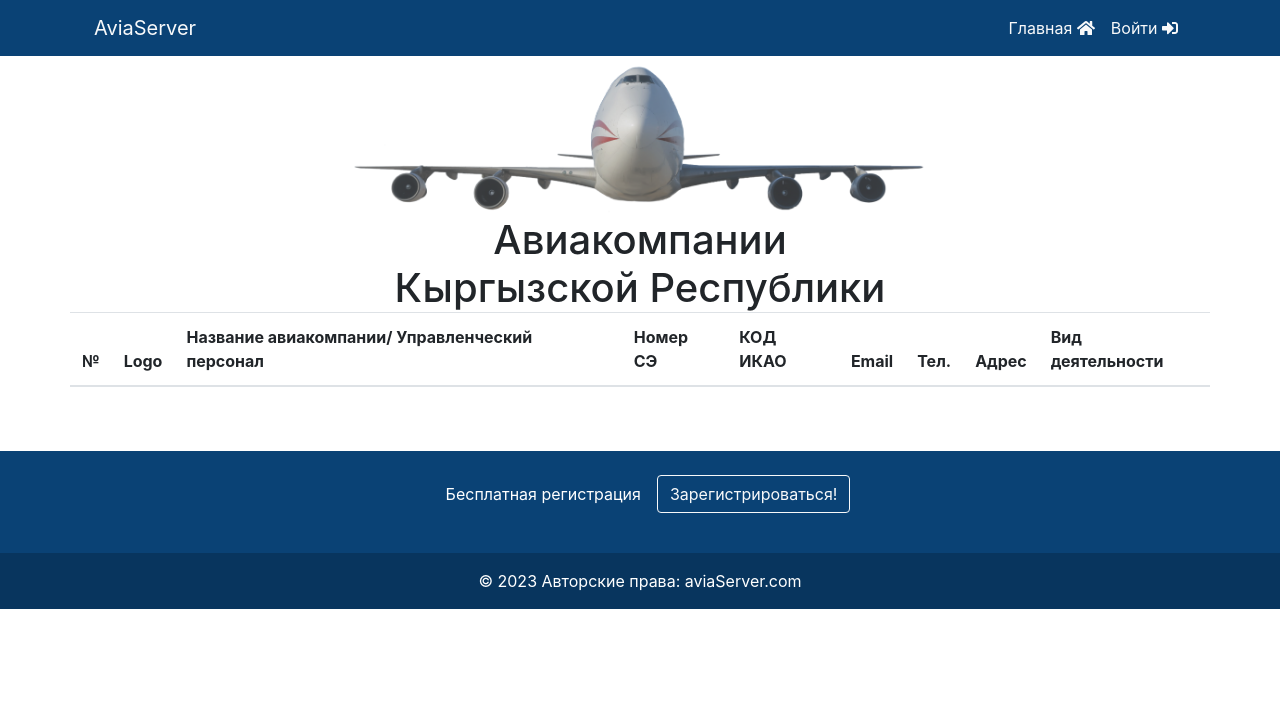
Repository: sulimonn/aviaServer
Page: products/templates/products/index.html
These files come from the project's save history. The page is drawn as it stood at one moment and after the next save; the edit follows.
The browser window is 1280 px wide. The pictures show the whole page.
Some web libraries are served in a nearby version. The template is drawn by Django 4.2. The application's start-up code is not run. Other server files are loaded and not shown. The template is opened directly, without the code that normally fills it, so the values that code supplies are empty.

Above is the page before, as saved 2023-08-14 20:28:20.

### products/templates/products/index.html
{% extends 'products/base.html' %}
{% load static %}
{% block css %}
    <link href="{% static 'css/index.css' %}" rel="stylesheet"/>
{% endblock %}

{% block content  %}
<br><br>

<div class="d-flex">
    <img class="m-auto" width="600px" src="/media/img/carusel.png">
</div>
<div class="d-flex">
    <h1 align="center" class="m-auto">Авиакомпании <br> Кыргызской Республики</h1>
</div>
<table class="table container-xl">
  <thead>
    <tr>
      <th scope="col">№</th>
      <th scope="col">Logo</th>
      <th scope="col">Название авиакомпании/
Управленческий  персонал</th>
      <th scope="col">Номер СЭ</th>
      <th scope="col">КОД ИКАО</th>
      <th scope="col">Email</th>
      <th scope="col">Тел.</th>
      <th scope="col">Адрес</th>
      <th scope="col">Вид деятельности</th>
    </tr>
  </thead>
    {% for company in companies %}


  <tbody>
    <tr>
      <th scope="row">{{ company.id }}</th>
      <td><img class="card-img-top" src="/media/{{ company.image }}" ></td>
      <td>{{ company.name }}</td>
      <td>{{ company.number }}</td>
      <td>{{ company.code }}</td>
      <td>{{ company.email }}</td>
      <td>{{ company.phone1 }} {{ company.phone2 }}</td>
      <td>{{ company.address }}</td>
      <td>{{ company.kind_of_activity }}</td>
    </tr>

  </tbody>
    {% endfor %}
</table>


{% endblock %}

### products/templates/products/base.html
{% load static %}
<!DOCTYPE html>
<html lang="en">

<head>

    <meta charset="utf-8">
    <meta name="viewport" content="width=device-width, initial-scale=1, shrink-to-fit=no">
    <meta name="description" content="">
    <meta name="author" content="">

    <title>{{ title | title }}</title>

    <!-- Bootstrap core CSS -->
    <link href="{% static 'vendor/bootstrap/css/bootstrap.min.css' %}" rel="stylesheet">
    <link href="{% static 'css/auth.css' %}" rel="stylesheet"/>

    <script src="https://cdnjs.cloudflare.com/ajax/libs/font-awesome/5.15.1/js/all.min.js"
            crossorigin="anonymous"></script>
    <!-- Custom styles for this template -->
</head>

<body>

<!-- Navigation -->
<nav class="navbar navbar-expand-lg fixed-top" style="background-color: #0a4275;">
    <div class="container text-light">
        <a class="navbar-brand text-light" href="index.html">AviaServer</a>
        <button class="navbar-toggler" type="button" data-toggle="collapse" data-target="#navbarResponsive"
                aria-controls="navbarResponsive" aria-expanded="false" aria-label="Toggle navigation">
            <span class="navbar-toggler-icon"></span>
        </button>
        <div class="collapse navbar-collapse" id="navbarResponsive">
            <ul class="navbar-nav ml-auto">
                <li class="nav-item">
                    <a class="nav-link text-light" href="#">Главная <i class="fas fa-home"></i> </a>
                </li>
                {% if user.is_authenticated %}
                <li class="nav-item">
                    <a class="nav-link text-light" href="{% url 'users:profile' %}">{{ user.username }} <i class="fas fa-user-circle"></i>
                    </a>
                </li>
               <li class="nav-item">
                    <a class="nav-link text-light" href="{% url 'users:logout' %}">Выйти <i class="fas fa-sign-out-alt"></i></a>
                </li>

                {% else %}
                <li class="nav-item">
                    <a class="nav-link text-light" href="{% url 'users:login' %}">Войти <i class="fas fa-sign-in-alt"></i></a>
                </li>


                {% endif %}


            </ul>
        </div>
    </div>
</nav>
{% block content  %}
{% endblock %}
<br>
<br>
<!--footer-->
<section class="">
  <!-- Footer -->
  <footer class="text-center text-white" style="background-color: #0a4275;">
    <!-- Grid container -->
    <div class="container p-4 pb-0">
      <!-- Section: CTA -->
      <section class="">
        <p class="d-flex justify-content-center align-items-center">
          <span class="mx-3">Бесплатная регистрация</span>
          <a href="{% url 'users:register' %}" type="button" class="btn btn-outline-light btn-rounded">
            Зарегистрироваться!
          </a>
        </p>
      </section>
      <!-- Section: CTA -->
    </div>
    <!-- Grid container -->

    <!-- Copyright -->
    <div class="text-center p-3" style="background-color: rgba(0, 0, 0, 0.2);">
      © 2023 Авторские права:
      <a class="text-white" href="https://mdbootstrap.com/">aviaServer.com</a>
    </div>
    <!-- Copyright -->
  </footer>
  <!-- Footer -->
</section>


<!-- Bootstrap core JavaScript -->
<script src="{% static 'vendor/jquery/jquery.min.js' %}"></script>
<script src="{% static 'vendor/bootstrap/js/bootstrap.bundle.min.js' %}"></script>

<!-- FontAwesome script -->
<script src="{% static 'vendor/fontawesome/fontawesome-icons.js' %}" crossorigin="anonymous"></script>

</body>

</html>

Loaded but not shown: static/css/auth.css (library)

After the next save:
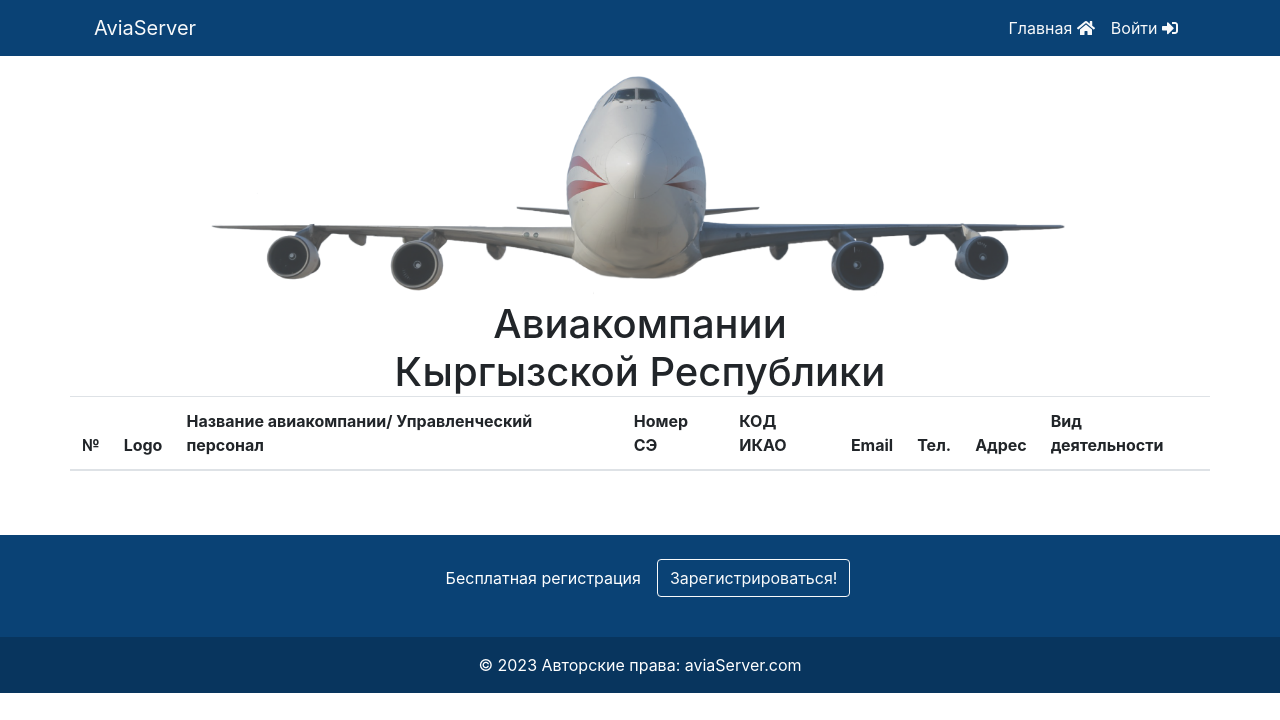
Saved 9 s later.
--- a/products/templates/products/index.html
+++ b/products/templates/products/index.html
@@ -8,7 +8,7 @@
 <br><br>
 
 <div class="d-flex">
-    <img class="m-auto" width="600px" src="/media/img/carusel.png">
+    <img class="m-auto" width="900px" src="/media/img/carusel.png">
 </div>
 <div class="d-flex">
     <h1 align="center" class="m-auto">Авиакомпании <br> Кыргызской Республики</h1>
